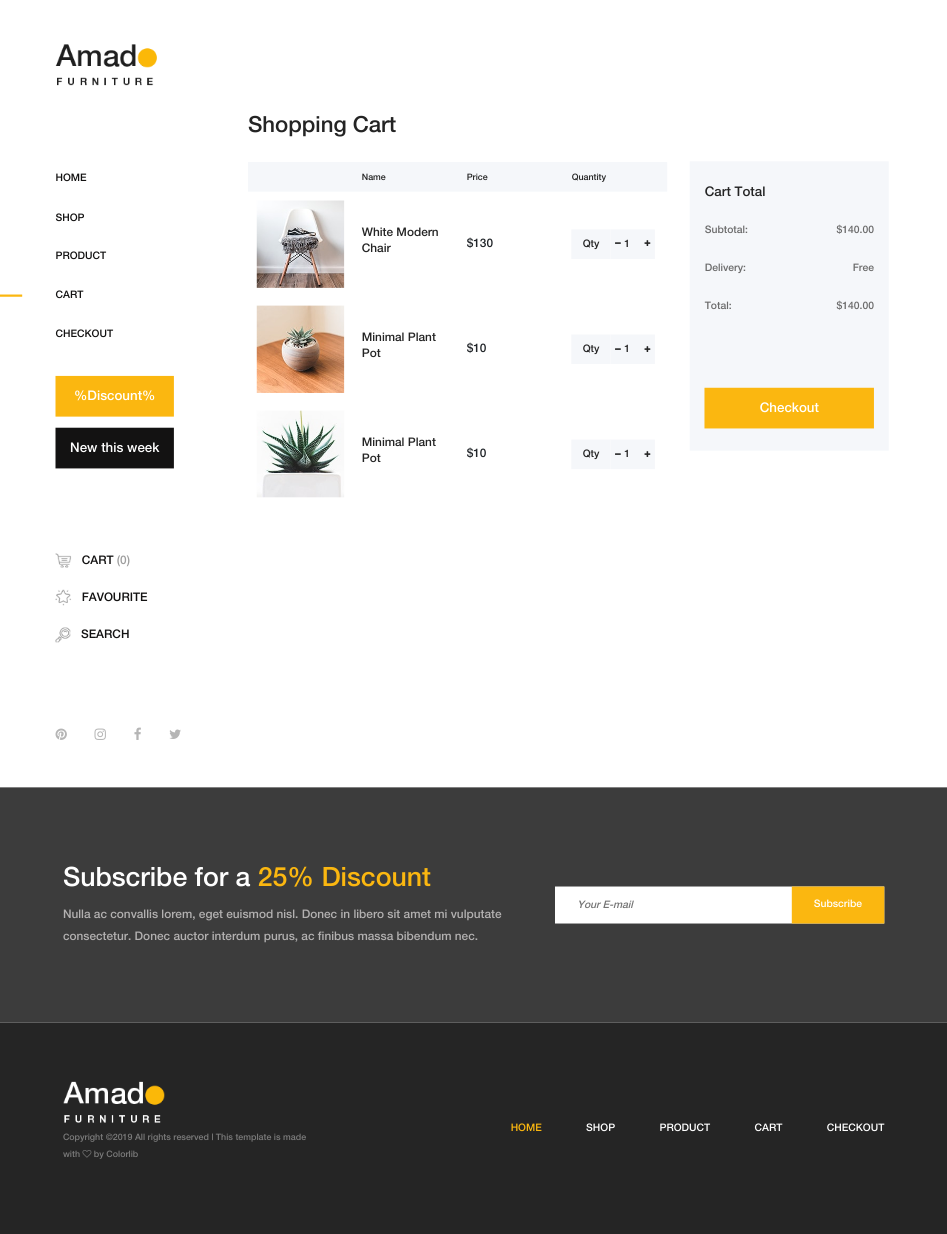
Repository: robbietaek/Java_Spring_Framework_Study
Page: http://localhost/team/WEB-INF/user/cart.jsp
The author's editor kept a copy of each file at every save. The page is drawn from the files as they stood at one save, then again after the next save.
The browser window is 1280 px wide. The pictures show the whole page, at 74% of full size.
The page is served by Tomcat 9. Nobody is signed in. Other server files are loaded and not shown. The template is opened directly, without the code that normally fills it, so the values that code supplies are empty.

Above is the page before, as saved 2019-12-29 11:45:14.

### team/src/main/webapp/WEB-INF/user/cart.jsp
<%@ page language="java" contentType="text/html; charset=UTF-8"
    pageEncoding="UTF-8"%>
<!DOCTYPE html>
<html lang="en">

<head>
    <meta charset="UTF-8">
    <meta name="description" content="">
    <meta http-equiv="X-UA-Compatible" content="IE=edge">
    <meta name="viewport" content="width=device-width, initial-scale=1, shrink-to-fit=no">
    <!-- The above 4 meta tags *must* come first in the head; any other head content must come *after* these tags -->

    <!-- Title  -->
    <title>Amado - Furniture Ecommerce Template | Cart</title>

    <!-- Favicon  -->
    <link rel="icon" href="img/core-img/favicon.ico">

    <!-- Core Style CSS -->
    <link rel="stylesheet" href="css/core-style.css">
    <link rel="stylesheet" href="style.css">

</head>

<body>
    <!-- Search Wrapper Area Start -->
    <div class="search-wrapper section-padding-100">
        <div class="search-close">
            <i class="fa fa-close" aria-hidden="true"></i>
        </div>
        <div class="container">
            <div class="row">
                <div class="col-12">
                    <div class="search-content">
                        <form action="#" method="get">
                            <input type="search" name="search" id="search" placeholder="Type your keyword...">
                            <button type="submit"><img src="img/core-img/search.png" alt=""></button>
                        </form>
                    </div>
                </div>
            </div>
        </div>
    </div>
    <!-- Search Wrapper Area End -->

    <!-- ##### Main Content Wrapper Start ##### -->
    <div class="main-content-wrapper d-flex clearfix">

        <!-- Mobile Nav (max width 767px)-->
        <div class="mobile-nav">
            <!-- Navbar Brand -->
            <div class="amado-navbar-brand">
                <a href="index.html"><img src="img/core-img/logo.png" alt=""></a>
            </div>
            <!-- Navbar Toggler -->
            <div class="amado-navbar-toggler">
                <span></span><span></span><span></span>
            </div>
        </div>

        <!-- Header Area Start -->
        <header class="header-area clearfix">
            <!-- Close Icon -->
            <div class="nav-close">
                <i class="fa fa-close" aria-hidden="true"></i>
            </div>
            <!-- Logo -->
            <div class="logo">
                <a href="index.html"><img src="img/core-img/logo.png" alt=""></a>
            </div>
            <!-- Amado Nav -->
            <nav class="amado-nav">
                <ul>
                    <li><a href="index.html">Home</a></li>
                    <li><a href="shop.html">Shop</a></li>
                    <li><a href="product-details.html">Product</a></li>
                    <li class="active"><a href="cart.html">Cart</a></li>
                    <li><a href="checkout.html">Checkout</a></li>
                </ul>
            </nav>
            <!-- Button Group -->
            <div class="amado-btn-group mt-30 mb-100">
                <a href="#" class="btn amado-btn mb-15">%Discount%</a>
                <a href="#" class="btn amado-btn active">New this week</a>
            </div>
            <!-- Cart Menu -->
            <div class="cart-fav-search mb-100">
                <a href="cart.html" class="cart-nav"><img src="img/core-img/cart.png" alt=""> Cart <span>(0)</span></a>
                <a href="#" class="fav-nav"><img src="img/core-img/favorites.png" alt=""> Favourite</a>
                <a href="#" class="search-nav"><img src="img/core-img/search.png" alt=""> Search</a>
            </div>
            <!-- Social Button -->
            <div class="social-info d-flex justify-content-between">
                <a href="#"><i class="fa fa-pinterest" aria-hidden="true"></i></a>
                <a href="#"><i class="fa fa-instagram" aria-hidden="true"></i></a>
                <a href="#"><i class="fa fa-facebook" aria-hidden="true"></i></a>
                <a href="#"><i class="fa fa-twitter" aria-hidden="true"></i></a>
            </div>
        </header>
        <!-- Header Area End -->

        <div class="cart-table-area section-padding-100">
            <div class="container-fluid">
                <div class="row">
                    <div class="col-12 col-lg-8">
                        <div class="cart-title mt-50">
                            <h2>Shopping Cart</h2>
                        </div>

                        <div class="cart-table clearfix">
                            <table class="table table-responsive">
                                <thead>
                                    <tr>
                                        <th></th>
                                        <th>Name</th>
                                        <th>Price</th>
                                        <th>Quantity</th>
                                    </tr>
                                </thead>
                                <tbody>
                                    <tr>
                                        <td class="cart_product_img">
                                            <a href="#"><img src="img/bg-img/cart1.jpg" alt="Product"></a>
                                        </td>
                                        <td class="cart_product_desc">
                                            <h5>White Modern Chair</h5>
                                        </td>
                                        <td class="price">
                                            <span>$130</span>
                                        </td>
                                        <td class="qty">
                                            <div class="qty-btn d-flex">
                                                <p>Qty</p>
                                                <div class="quantity">
                                                    <span class="qty-minus" onclick="var effect = document.getElementById('qty'); var qty = effect.value; if( !isNaN( qty ) &amp;&amp; qty &gt; 1 ) effect.value--;return false;"><i class="fa fa-minus" aria-hidden="true"></i></span>
                                                    <input type="number" class="qty-text" id="qty" step="1" min="1" max="300" name="quantity" value="1">
                                                    <span class="qty-plus" onclick="var effect = document.getElementById('qty'); var qty = effect.value; if( !isNaN( qty )) effect.value++;return false;"><i class="fa fa-plus" aria-hidden="true"></i></span>
                                                </div>
                                            </div>
                                        </td>
                                    </tr>
                                    <tr>
                                        <td class="cart_product_img">
                                            <a href="#"><img src="img/bg-img/cart2.jpg" alt="Product"></a>
                                        </td>
                                        <td class="cart_product_desc">
                                            <h5>Minimal Plant Pot</h5>
                                        </td>
                                        <td class="price">
                                            <span>$10</span>
                                        </td>
                                        <td class="qty">
                                            <div class="qty-btn d-flex">
                                                <p>Qty</p>
                                                <div class="quantity">
                                                    <span class="qty-minus" onclick="var effect = document.getElementById('qty2'); var qty = effect.value; if( !isNaN( qty ) &amp;&amp; qty &gt; 1 ) effect.value--;return false;"><i class="fa fa-minus" aria-hidden="true"></i></span>
                                                    <input type="number" class="qty-text" id="qty2" step="1" min="1" max="300" name="quantity" value="1">
                                                    <span class="qty-plus" onclick="var effect = document.getElementById('qty2'); var qty = effect.value; if( !isNaN( qty )) effect.value++;return false;"><i class="fa fa-plus" aria-hidden="true"></i></span>
                                                </div>
                                            </div>
                                        </td>
                                    </tr>
                                    <tr>
                                        <td class="cart_product_img">
                                            <a href="#"><img src="img/bg-img/cart3.jpg" alt="Product"></a>
                                        </td>
                                        <td class="cart_product_desc">
                                            <h5>Minimal Plant Pot</h5>
                                        </td>
                                        <td class="price">
                                            <span>$10</span>
                                        </td>
                                        <td class="qty">
                                            <div class="qty-btn d-flex">
                                                <p>Qty</p>
                                                <div class="quantity">
                                                    <span class="qty-minus" onclick="var effect = document.getElementById('qty3'); var qty = effect.value; if( !isNaN( qty ) &amp;&amp; qty &gt; 1 ) effect.value--;return false;"><i class="fa fa-minus" aria-hidden="true"></i></span>
                                                    <input type="number" class="qty-text" id="qty3" step="1" min="1" max="300" name="quantity" value="1">
                                                    <span class="qty-plus" onclick="var effect = document.getElementById('qty3'); var qty = effect.value; if( !isNaN( qty )) effect.value++;return false;"><i class="fa fa-plus" aria-hidden="true"></i></span>
                                                </div>
                                            </div>
                                        </td>
                                    </tr>
                                </tbody>
                            </table>
                        </div>
                    </div>
                    <div class="col-12 col-lg-4">
                        <div class="cart-summary">
                            <h5>Cart Total</h5>
                            <ul class="summary-table">
                                <li><span>subtotal:</span> <span>$140.00</span></li>
                                <li><span>delivery:</span> <span>Free</span></li>
                                <li><span>total:</span> <span>$140.00</span></li>
                            </ul>
                            <div class="cart-btn mt-100">
                                <a href="cart.html" class="btn amado-btn w-100">Checkout</a>
                            </div>
                        </div>
                    </div>
                </div>
            </div>
        </div>
    </div>
    <!-- ##### Main Content Wrapper End ##### -->

    <!-- ##### Newsletter Area Start ##### -->
    <section class="newsletter-area section-padding-100-0">
        <div class="container">
            <div class="row align-items-center">
                <!-- Newsletter Text -->
                <div class="col-12 col-lg-6 col-xl-7">
                    <div class="newsletter-text mb-100">
                        <h2>Subscribe for a <span>25% Discount</span></h2>
                        <p>Nulla ac convallis lorem, eget euismod nisl. Donec in libero sit amet mi vulputate consectetur. Donec auctor interdum purus, ac finibus massa bibendum nec.</p>
                    </div>
                </div>
                <!-- Newsletter Form -->
                <div class="col-12 col-lg-6 col-xl-5">
                    <div class="newsletter-form mb-100">
                        <form action="#" method="post">
                            <input type="email" name="email" class="nl-email" placeholder="Your E-mail">
                            <input type="submit" value="Subscribe">
                        </form>
                    </div>
                </div>
            </div>
        </div>
    </section>
    <!-- ##### Newsletter Area End ##### -->

    <!-- ##### Footer Area Start ##### -->
    <footer class="footer_area clearfix">
        <div class="container">
            <div class="row align-items-center">
                <!-- Single Widget Area -->
                <div class="col-12 col-lg-4">
                    <div class="single_widget_area">
                        <!-- Logo -->
                        <div class="footer-logo mr-50">
                            <a href="index.html"><img src="img/core-img/logo2.png" alt=""></a>
                        </div>
                        <!-- Copywrite Text -->
                        <p class="copywrite"><!-- Link back to Colorlib can't be removed. Template is licensed under CC BY 3.0. -->
Copyright &copy;<script>document.write(new Date().getFullYear());</script> All rights reserved | This template is made with <i class="fa fa-heart-o" aria-hidden="true"></i> by <a href="https://colorlib.com" target="_blank">Colorlib</a>
<!-- Link back to Colorlib can't be removed. Template is licensed under CC BY 3.0. --></p>
                    </div>
                </div>
                <!-- Single Widget Area -->
                <div class="col-12 col-lg-8">
                    <div class="single_widget_area">
                        <!-- Footer Menu -->
                        <div class="footer_menu">
                            <nav class="navbar navbar-expand-lg justify-content-end">
                                <button class="navbar-toggler" type="button" data-toggle="collapse" data-target="#footerNavContent" aria-controls="footerNavContent" aria-expanded="false" aria-label="Toggle navigation"><i class="fa fa-bars"></i></button>
                                <div class="collapse navbar-collapse" id="footerNavContent">
                                    <ul class="navbar-nav ml-auto">
                                        <li class="nav-item active">
                                            <a class="nav-link" href="index.html">Home</a>
                                        </li>
                                        <li class="nav-item">
                                            <a class="nav-link" href="shop.html">Shop</a>
                                        </li>
                                        <li class="nav-item">
                                            <a class="nav-link" href="product-details.html">Product</a>
                                        </li>
                                        <li class="nav-item">
                                            <a class="nav-link" href="cart.html">Cart</a>
                                        </li>
                                        <li class="nav-item">
                                            <a class="nav-link" href="checkout.html">Checkout</a>
                                        </li>
                                    </ul>
                                </div>
                            </nav>
                        </div>
                    </div>
                </div>
            </div>
        </div>
    </footer>
    <!-- ##### Footer Area End ##### -->

    <!-- ##### jQuery (Necessary for All JavaScript Plugins) ##### -->
    <script src="..js/jquery/jquery-2.2.4.min.js"></script>
    <!-- Popper js -->
    <script src="..js/popper.min.js"></script>
    <!-- Bootstrap js -->
    <script src="..js/bootstrap.min.js"></script>
    <!-- Plugins js -->
    <script src="..js/plugins.js"></script>
    <!-- Active js -->
    <script src="..js/active.js"></script>

</body>

</html>

Loaded but not shown: team/src/main/webapp/style.css (common file); team/src/main/webapp/js/jquery/jquery-2.2.4.min.js (library); team/src/main/webapp/js/popper.min.js (library); team/src/main/webapp/js/bootstrap.min.js (library); team/src/main/webapp/js/plugins.js (library); team/src/main/webapp/css/bootstrap.min.css (library); team/src/main/webapp/css/owl.carousel.css (library); team/src/main/webapp/css/animate.css (library); team/src/main/webapp/css/magnific-popup.css (library); team/src/main/webapp/css/jquery-ui.min.css (library); team/src/main/webapp/css/nice-select.css (common file); team/src/main/webapp/css/font-awesome.min.css (library); team/src/main/webapp/js/active.js (119 lines, source omitted); team/src/main/webapp/css/core-style.css (1400 lines, source omitted)

After the next save:
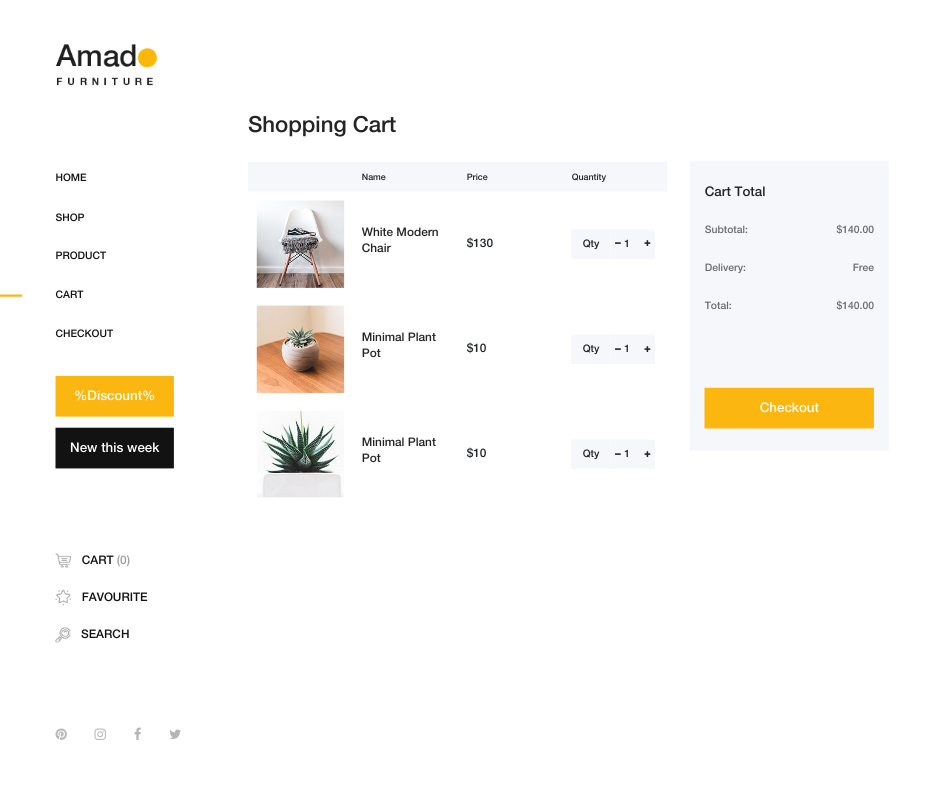
Saved 85 s later.
--- a/team/src/main/webapp/WEB-INF/user/cart.jsp
+++ b/team/src/main/webapp/WEB-INF/user/cart.jsp
@@ -23,25 +23,7 @@
 </head>
 
 <body>
-    <!-- Search Wrapper Area Start -->
-    <div class="search-wrapper section-padding-100">
-        <div class="search-close">
-            <i class="fa fa-close" aria-hidden="true"></i>
-        </div>
-        <div class="container">
-            <div class="row">
-                <div class="col-12">
-                    <div class="search-content">
-                        <form action="#" method="get">
-                            <input type="search" name="search" id="search" placeholder="Type your keyword...">
-                            <button type="submit"><img src="img/core-img/search.png" alt=""></button>
-                        </form>
-                    </div>
-                </div>
-            </div>
-        </div>
-    </div>
-    <!-- Search Wrapper Area End -->
+
 
     <!-- ##### Main Content Wrapper Start ##### -->
     <div class="main-content-wrapper d-flex clearfix">
@@ -204,93 +186,6 @@
     </div>
     <!-- ##### Main Content Wrapper End ##### -->
 
-    <!-- ##### Newsletter Area Start ##### -->
-    <section class="newsletter-area section-padding-100-0">
-        <div class="container">
-            <div class="row align-items-center">
-                <!-- Newsletter Text -->
-                <div class="col-12 col-lg-6 col-xl-7">
-                    <div class="newsletter-text mb-100">
-                        <h2>Subscribe for a <span>25% Discount</span></h2>
-                        <p>Nulla ac convallis lorem, eget euismod nisl. Donec in libero sit amet mi vulputate consectetur. Donec auctor interdum purus, ac finibus massa bibendum nec.</p>
-                    </div>
-                </div>
-                <!-- Newsletter Form -->
-                <div class="col-12 col-lg-6 col-xl-5">
-                    <div class="newsletter-form mb-100">
-                        <form action="#" method="post">
-                            <input type="email" name="email" class="nl-email" placeholder="Your E-mail">
-                            <input type="submit" value="Subscribe">
-                        </form>
-                    </div>
-                </div>
-            </div>
-        </div>
-    </section>
-    <!-- ##### Newsletter Area End ##### -->
-
-    <!-- ##### Footer Area Start ##### -->
-    <footer class="footer_area clearfix">
-        <div class="container">
-            <div class="row align-items-center">
-                <!-- Single Widget Area -->
-                <div class="col-12 col-lg-4">
-                    <div class="single_widget_area">
-                        <!-- Logo -->
-                        <div class="footer-logo mr-50">
-                            <a href="index.html"><img src="img/core-img/logo2.png" alt=""></a>
-                        </div>
-                        <!-- Copywrite Text -->
-                        <p class="copywrite"><!-- Link back to Colorlib can't be removed. Template is licensed under CC BY 3.0. -->
-Copyright &copy;<script>document.write(new Date().getFullYear());</script> All rights reserved | This template is made with <i class="fa fa-heart-o" aria-hidden="true"></i> by <a href="https://colorlib.com" target="_blank">Colorlib</a>
-<!-- Link back to Colorlib can't be removed. Template is licensed under CC BY 3.0. --></p>
-                    </div>
-                </div>
-                <!-- Single Widget Area -->
-                <div class="col-12 col-lg-8">
-                    <div class="single_widget_area">
-                        <!-- Footer Menu -->
-                        <div class="footer_menu">
-                            <nav class="navbar navbar-expand-lg justify-content-end">
-                                <button class="navbar-toggler" type="button" data-toggle="collapse" data-target="#footerNavContent" aria-controls="footerNavContent" aria-expanded="false" aria-label="Toggle navigation"><i class="fa fa-bars"></i></button>
-                                <div class="collapse navbar-collapse" id="footerNavContent">
-                                    <ul class="navbar-nav ml-auto">
-                                        <li class="nav-item active">
-                                            <a class="nav-link" href="index.html">Home</a>
-                                        </li>
-                                        <li class="nav-item">
-                                            <a class="nav-link" href="shop.html">Shop</a>
-                                        </li>
-                                        <li class="nav-item">
-                                            <a class="nav-link" href="product-details.html">Product</a>
-                                        </li>
-                                        <li class="nav-item">
-                                            <a class="nav-link" href="cart.html">Cart</a>
-                                        </li>
-                                        <li class="nav-item">
-                                            <a class="nav-link" href="checkout.html">Checkout</a>
-                                        </li>
-                                    </ul>
-                                </div>
-                            </nav>
-                        </div>
-                    </div>
-                </div>
-            </div>
-        </div>
-    </footer>
-    <!-- ##### Footer Area End ##### -->
-
-    <!-- ##### jQuery (Necessary for All JavaScript Plugins) ##### -->
-    <script src="..js/jquery/jquery-2.2.4.min.js"></script>
-    <!-- Popper js -->
-    <script src="..js/popper.min.js"></script>
-    <!-- Bootstrap js -->
-    <script src="..js/bootstrap.min.js"></script>
-    <!-- Plugins js -->
-    <script src="..js/plugins.js"></script>
-    <!-- Active js -->
-    <script src="..js/active.js"></script>
 
 </body>
 
